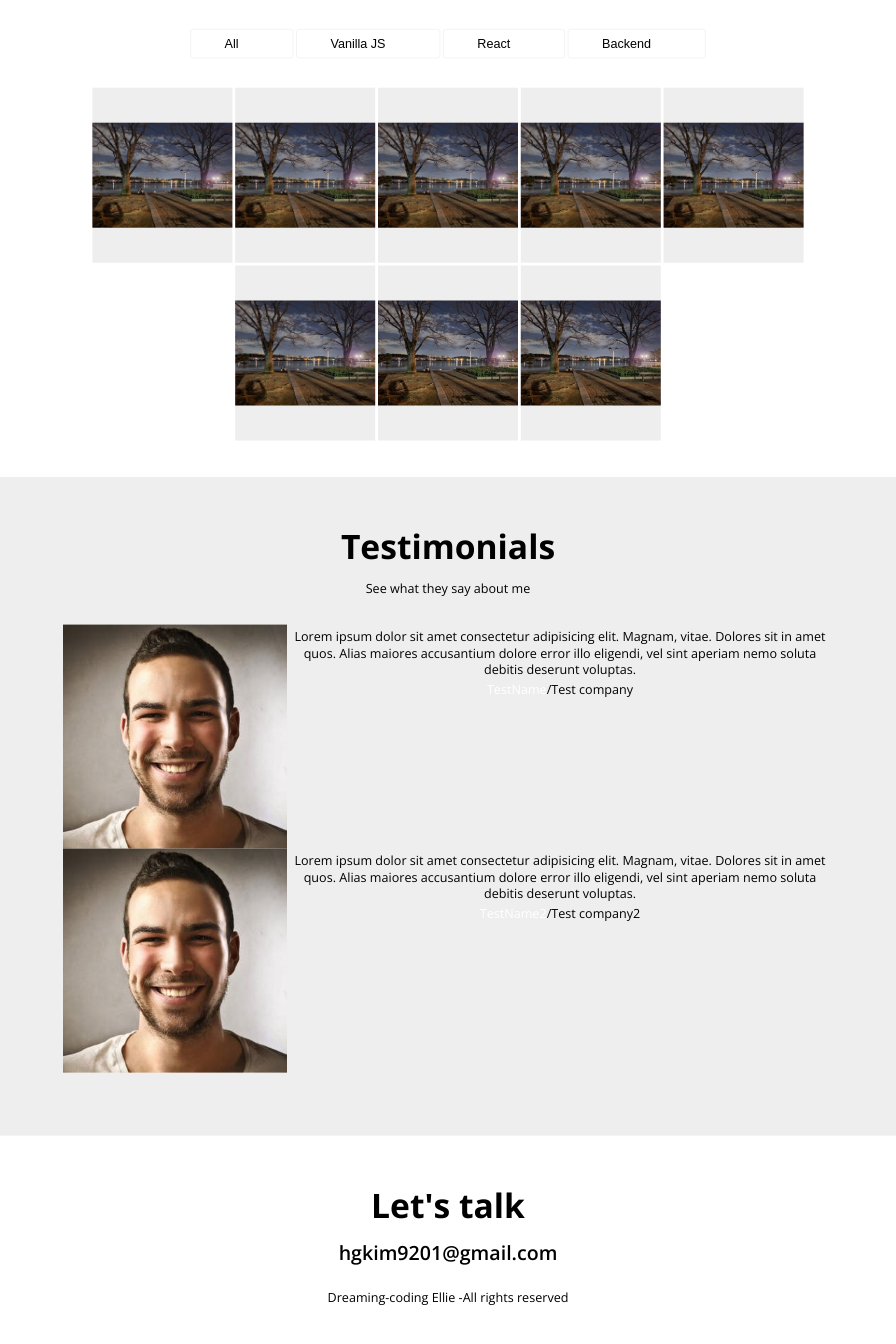
Repository: delphkim/portfolio
Page: index.html
The author's editor kept a copy of each file at every save. The page is drawn from the files as they stood at one save, then again after the next save.
The browser window is 1280 px wide. The pictures show the part of the page from y = 2435 to 4355 px (the page is 4355 px tall), at 70% of full size.
Some web libraries are served in a nearby version.

Above is the page before, as saved 2021-08-04 17:16:51.

After the next save:
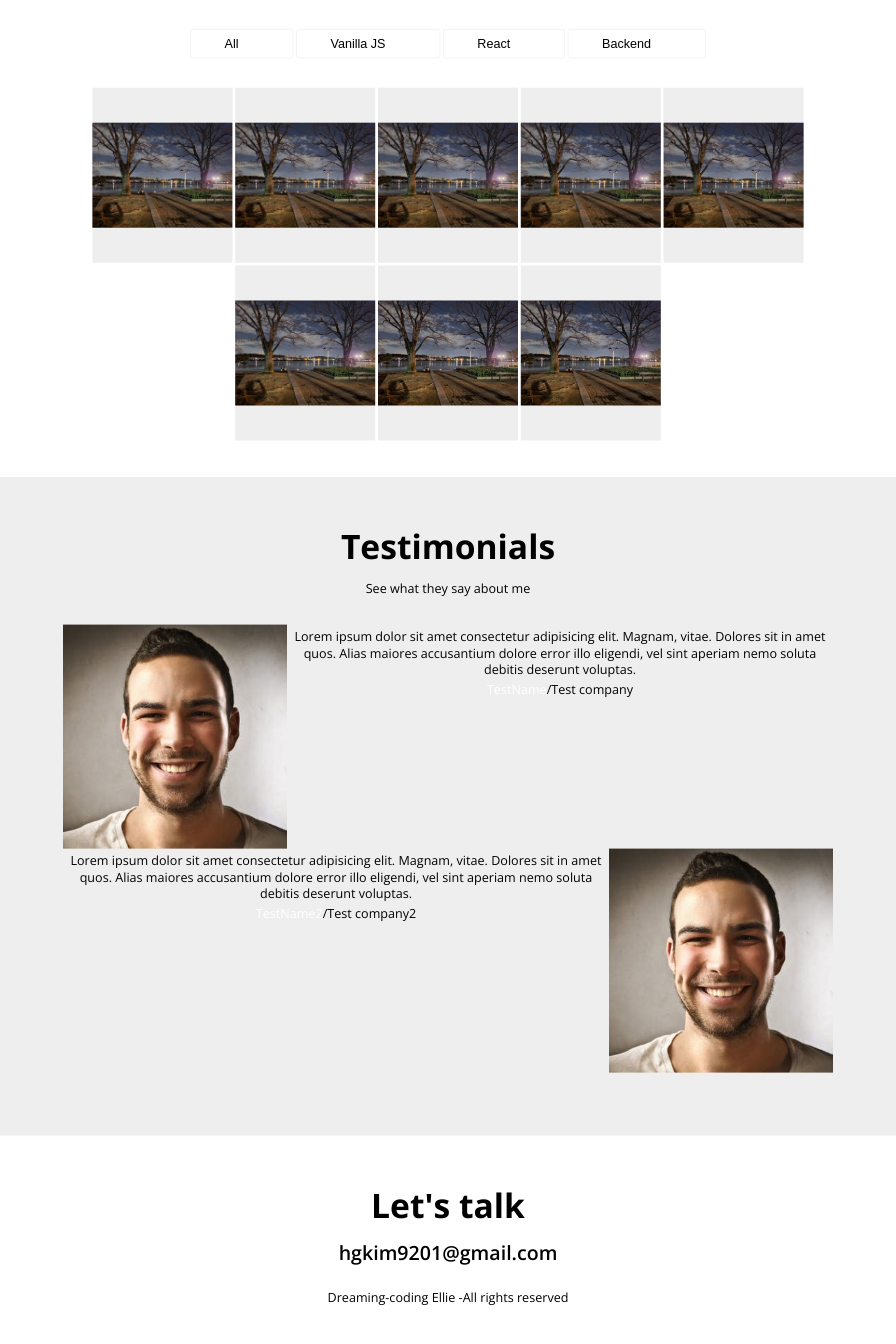
Saved 8 s later.
--- a/style.css
+++ b/style.css
@@ -338,7 +338,7 @@
 .testimonials {
   margin: 40px;
 }
-.testimonials:nth-child(2) {
+.testimonials :nth-child(2) {
   flex-direction: row-reverse;
 }
 .testimonial {
